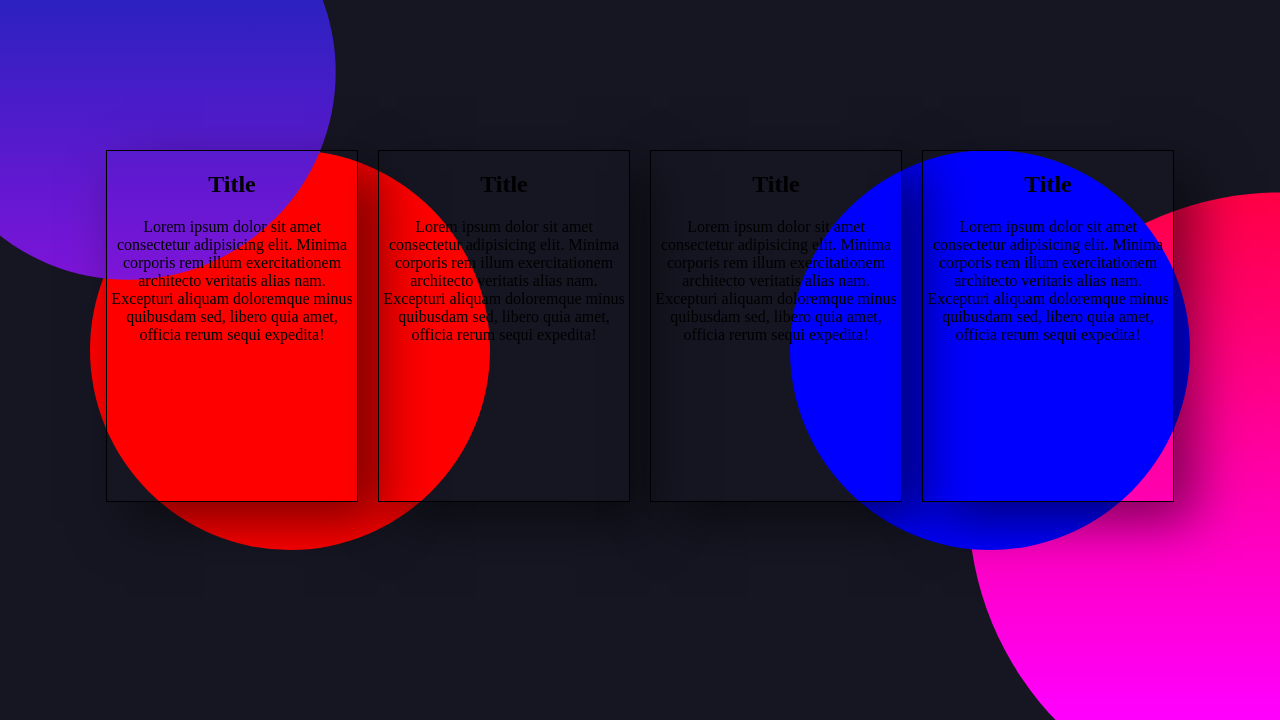
Repository: dovanluyen1996/Test-Git-PR
Page: index.html
An editor plug-in stored every save of this project. The page is shown before and after the next save, followed by the edit.
The browser window is 1280 px wide. The pictures show the whole page.

Above is the page before, as saved 2021-09-06 23:56:37.

### index.html
<!DOCTYPE html>
<html lang="en">
  <head>
    <meta charset="UTF-8" />
    <meta http-equiv="X-UA-Compatible" content="IE=edge" />
    <meta name="viewport" content="width=device-width, initial-scale=1.0" />
    <title>TestVsCode</title>
    <link rel="stylesheet" href="css/style.css" />
  </head>

  <body>
    <div class="container">
      <div class="test1"></div>
      <div class="test2"></div>
    </div>
    <div class="center">
      <div class="item-center">
        <h2>Title</h2>
        <p class="text">
          Lorem ipsum dolor sit amet consectetur adipisicing elit. Minima
          corporis rem illum exercitationem architecto veritatis alias nam.
          Excepturi aliquam doloremque minus quibusdam sed, libero quia amet,
          officia rerum sequi expedita!
        </p>
      </div>
      <div class="item-center">
        <h2>Title</h2>
        <p class="text">
          Lorem ipsum dolor sit amet consectetur adipisicing elit. Minima
          corporis rem illum exercitationem architecto veritatis alias nam.
          Excepturi aliquam doloremque minus quibusdam sed, libero quia amet,
          officia rerum sequi expedita!
        </p>
      </div>
      <div class="item-center">
        <h2>Title</h2>
        <p class="text">
          Lorem ipsum dolor sit amet consectetur adipisicing elit. Minima
          corporis rem illum exercitationem architecto veritatis alias nam.
          Excepturi aliquam doloremque minus quibusdam sed, libero quia amet,
          officia rerum sequi expedita!
        </p>
      </div>
      <div class="item-center">
        <h2>Title</h2>
        <p class="text">
          Lorem ipsum dolor sit amet consectetur adipisicing elit. Minima
          corporis rem illum exercitationem architecto veritatis alias nam.
          Excepturi aliquam doloremque minus quibusdam sed, libero quia amet,
          officia rerum sequi expedita!
        </p>
      </div>
    </div>
  </body>
</html>

### css/style.css
body {
  background: #161623;
}
body::before {
  content: "";
  position: absolute;
  top: 0;
  left: 0;
  width: 100%;
  height: 100%;
  background: linear-gradient(#f00, #f0f);
  clip-path: circle(30% at right 70%);
}
body::after {
  content: "";
  position: absolute;
  top: 0;
  left: 0;
  width: 100%;
  height: 100%;
  background: linear-gradient(rgb(44, 33, 192), #f0f);
  clip-path: circle(20% at 10% 10%);
}
.container {
  width: 1100px;
  margin: 0 auto;
  position: relative;
}
.test1 {
  width: 400px;
  height: 400px;
  background-color: red;
  border-radius: 50%;
  position: absolute;
}
.test2 {
  width: 400px;
  height: 400px;
  background-color: blue;
  border-radius: 50%;
  position: absolute;
  right: 0;
}
.item-center {
  width: 250px;
  height: 350px;
  border: 1px solid black;
  text-align: center;
  box-shadow: 20px 20px 50px rgba(0, 0, 0, 0.5);
}
.center {
  margin-top: 150px;
  position: relative;
  z-index: 999;
  display: flex;
  column-gap: 20px;
  justify-content: center;
  align-items: center;
}

After the next save:
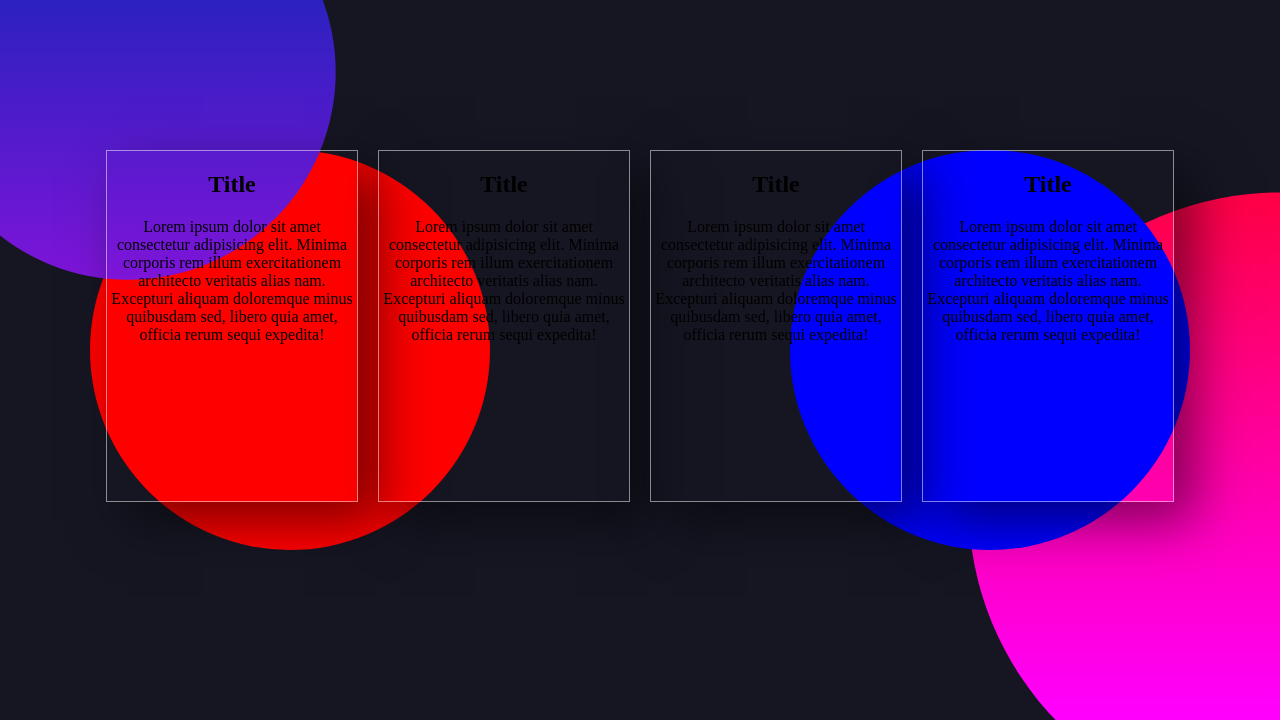
Saved 57 s later.
--- a/css/style.css
+++ b/css/style.css
@@ -44,7 +44,7 @@ body::after {
 .item-center {
   width: 250px;
   height: 350px;
-  border: 1px solid black;
+  border: 1px solid rgba(255, 255, 255, 0.5);
   text-align: center;
   box-shadow: 20px 20px 50px rgba(0, 0, 0, 0.5);
 }
